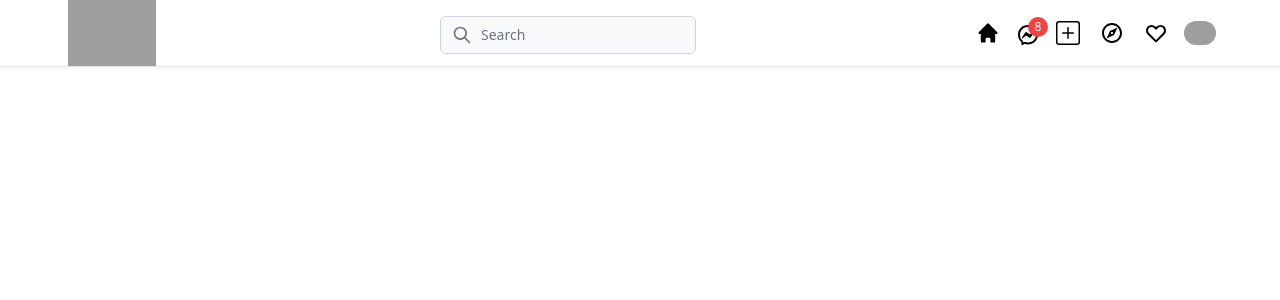
Repository: SehajBindra/insta--clone
Page: /
The author's editor kept a copy of each file at every save. The page is drawn from the files as they stood at one save, then again after the next save.
The browser window is 1280 px wide. The pictures show the whole page.
Pictures or frames that could not be fetched are drawn as grey boxes. The project was rebuilt for these pictures with package versions that can differ from the ones it lists, and the page was loaded fresh each time. The framework's server and built-in components were replaced by stand-ins that run in the browser. Also part of the build but not shown: next.config.js, styles/Home.module.css.

Above is the page before, as saved 2022-04-11 14:20:47.

After the next save:
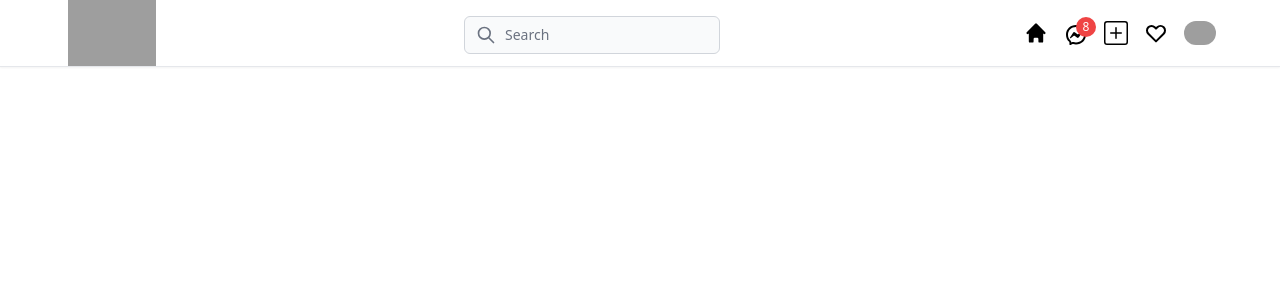
Saved 96 s later.
--- a/components/Header.js
+++ b/components/Header.js
@@ -55,7 +55,7 @@
 
        <BsPlusSquare  className="h-6 w-6"/>
        {/* <UserGroupIcon className="navBtn"/> */}
-       <MdOutlineExplore className="h-6  w-8  cursor-pointer hover:scale-125 transition-all duration-150 ease-out   " />
+       <MdOutlineExplore className=" hidden h-6  w-8  cursor-pointer hover:scale-125 transition-all duration-150 ease-out   " />
        <HeartIcon     className="navBtn"  />
 
        <img className="h-6 rounded-full  cursor-pointer" src="https:links.papareact.com/3ke" alt="profile pic"  />

After the save that followed:
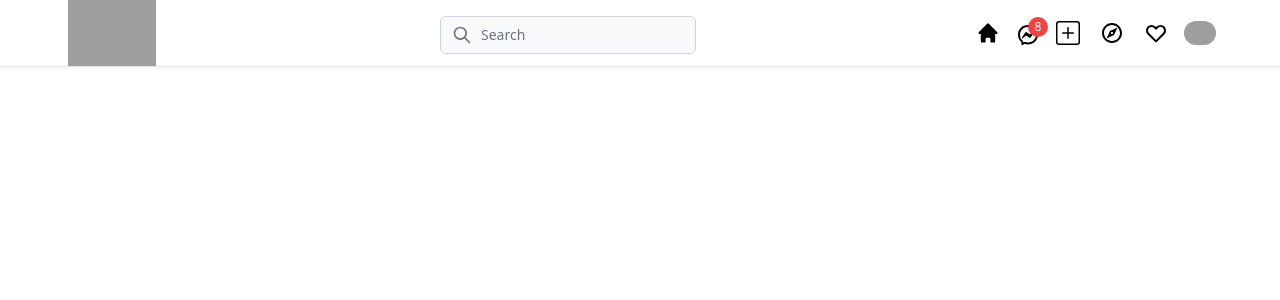
Saved 39 s later.
--- a/components/Header.js
+++ b/components/Header.js
@@ -55,7 +55,7 @@
 
        <BsPlusSquare  className="h-6 w-6"/>
        {/* <UserGroupIcon className="navBtn"/> */}
-       <MdOutlineExplore className=" hidden h-6  w-8  cursor-pointer hover:scale-125 transition-all duration-150 ease-out   " />
+       <MdOutlineExplore className=" hidden h-6  w-8 md:inline-flex cursor-pointer hover:scale-125 transition-all duration-150 ease-out   " />
        <HeartIcon     className="navBtn"  />
 
        <img className="h-6 rounded-full  cursor-pointer" src="https:links.papareact.com/3ke" alt="profile pic"  />
